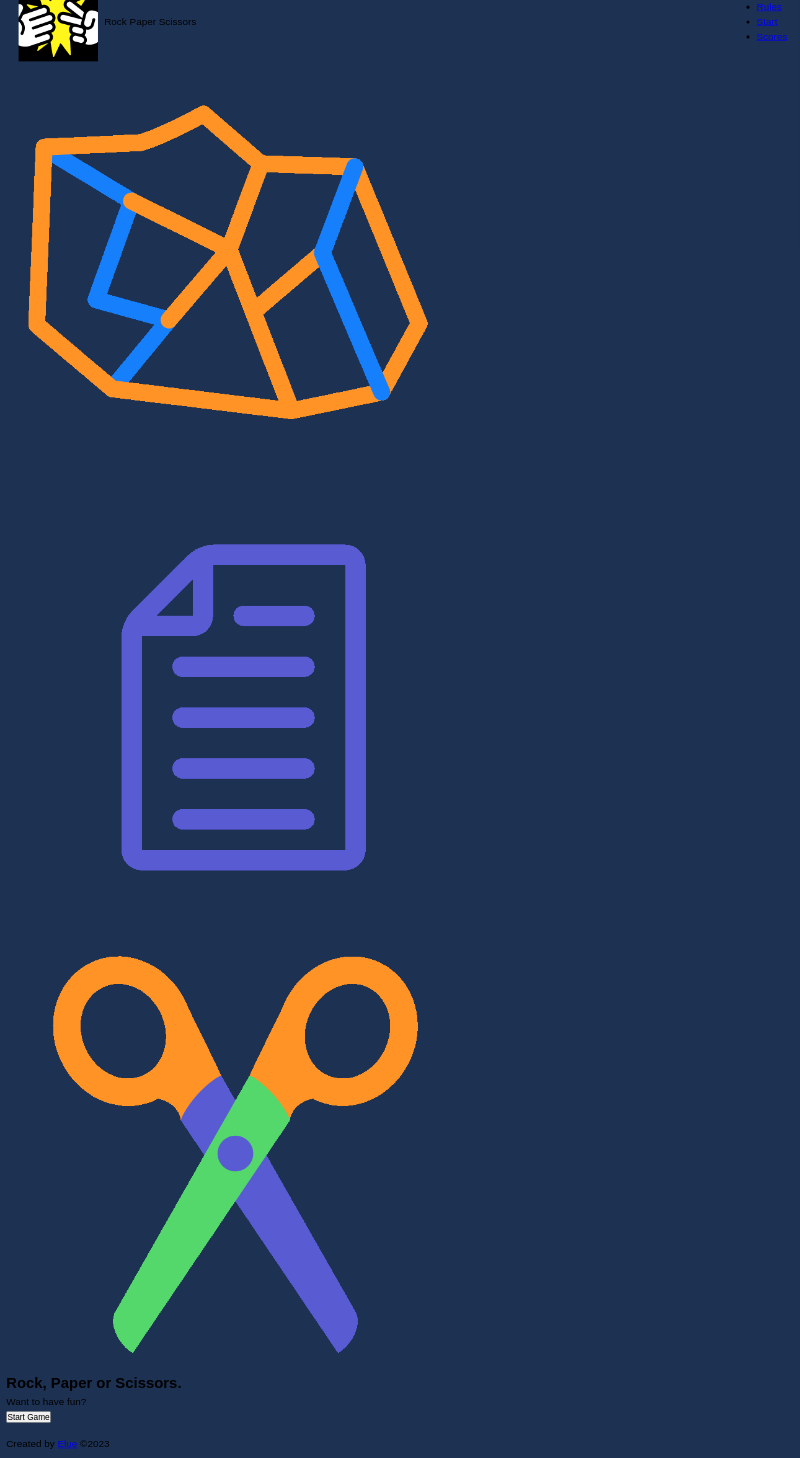
Repository: MikkyPrestige/rock-paper-scissors
Page: index.html
The author's editor kept a copy of each file at every save. The page is drawn from the files as they stood at one save, then again after the next save.
The browser window is 1280 px wide. The page is 1290 px wide, then 1280 px, so the pictures cover 1290 px, including what lies to the right of the window. The pictures show the whole page, at 62% of full size.

Above is the page before, as saved 2023-05-08 04:07:35.

### index.html
<!DOCTYPE html>
<html lang="en">

<head>
  <meta charset="UTF-8">
  <meta http-equiv="X-UA-Compatible" content="IE=edge">
  <meta name="viewport" content="width=device-width, initial-scale=1.0">
  <title>Rock, Paper or Scissors Game</title>
  <link rel="stylesheet" href="./index.css">
  <!-- <script src="./index.js" defer></script> -->
</head>

<body>
  <main>
    <header>
      <figure>
        <img src="./img/logo.png" alt="Logo" class="logo">
        <figcaption>Rock Paper Scissors</figcaption>
      </figure>
      <nav>
        <ul>
          <li><a href="#">Rules</a></li>
          <li><a href="#">Start</a></li>
          <li><a href="#">Scores</a></li>
        </ul>
      </nav>
    </header>
    <section class="home">
      <div class="images">
        <img src="./img/Rock.gif" alt="Rock image" class="img">
        <img src="./img/Paper.gif" alt="Paper image" class="img">
        <img src="./img/Scissors.gif" alt="Scissors image" class="img">
      </div>
      <div class="content">
        <h1>Rock, Paper or Scissors.</h1>
        <p>Want to have <span>fun?</span></p>
        <button type="submit" class="btn">Start Game</button>
    </section>

    <footer>
      <p>Created by <a href="#" target="_blank">Elue</a> &copy;2023</p>
    </footer>
  </main>
</body>

</html>

### index.css
*,
*::after,
*::before {
  box-sizing: border-box;
  margin: 0;
  padding: 0;
}

html {
  font-size: 62.5%;
}

body {
  font-family: "Fira Sans", sans-serif;
  font-size: 1.6rem;
  line-height: 1.5;
  background: rgba(29, 50, 83, 1);
  width: 100%;
  height: 100%;
}

main {
  display: flex;
  flex-direction: column;
  justify-content: center;
  gap: 2rem;
  height: 100%;
  width: 100%;
  margin: 1rem;
}

header {
  display: flex;
  justify-content: space-between;
  align-items: center;
  padding: 1rem 2rem;
  width: 100%;
  height: 5rem;
}

figure {
  display: flex;
  align-items: center;
  gap: 1rem;
}

After the next save:
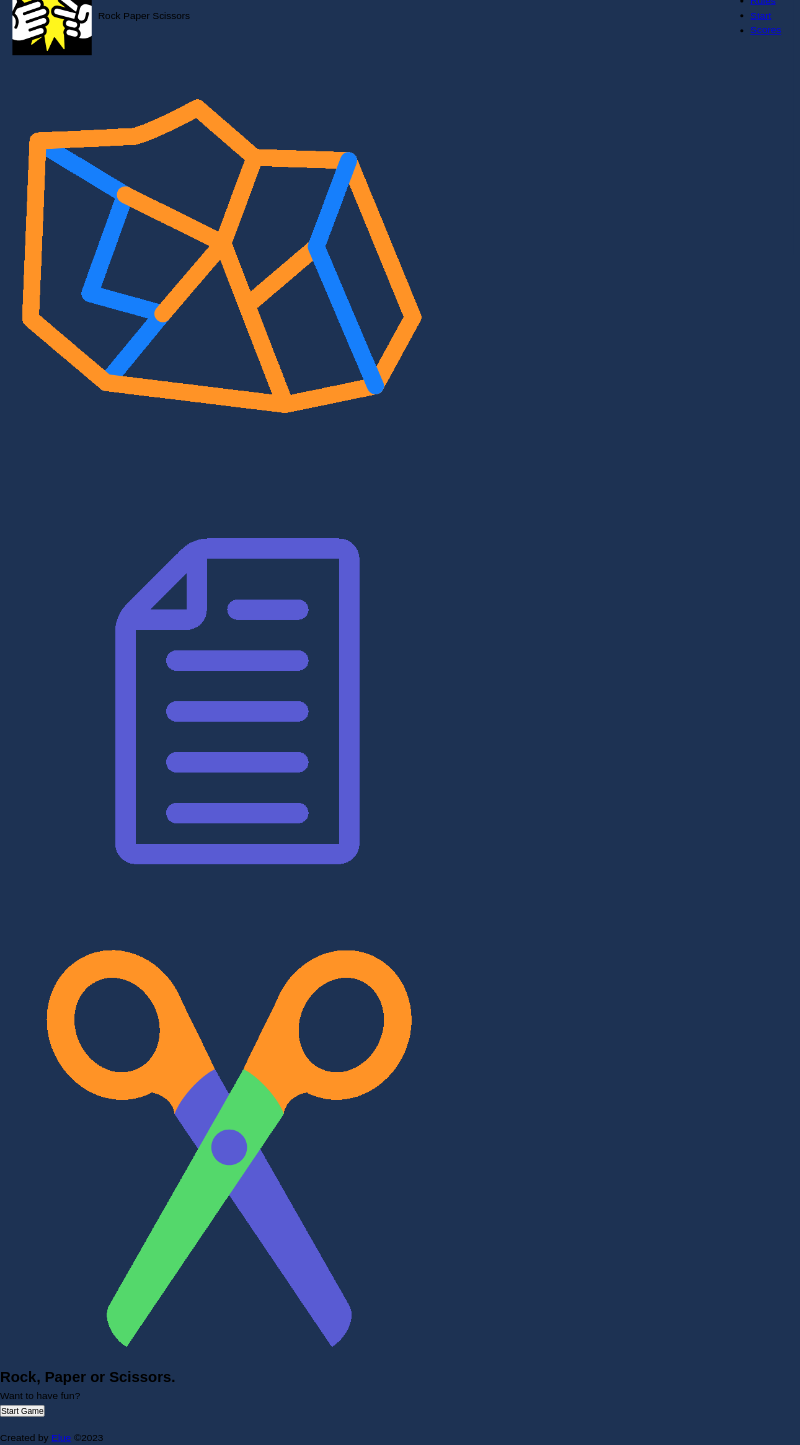
Saved 14 s later.
--- a/index.css
+++ b/index.css
@@ -26,7 +26,6 @@ main {
   gap: 2rem;
   height: 100%;
   width: 100%;
-  margin: 1rem;
 }
 
 header {
